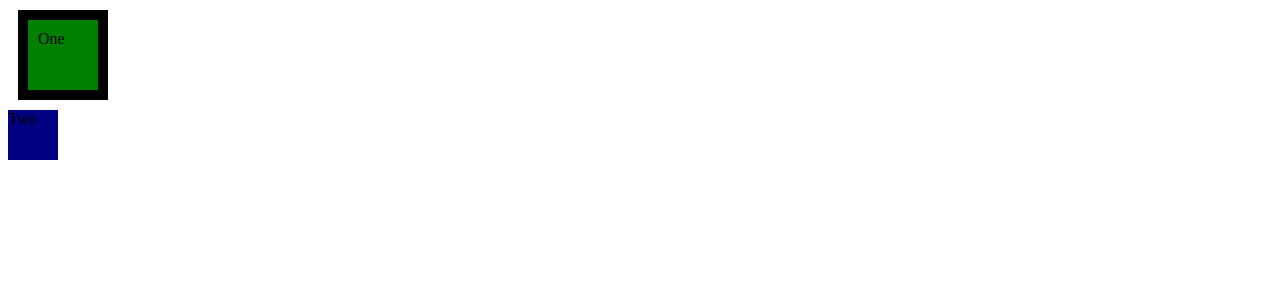
Repository: Peacepapi/1702Java
Page: web/src/main/webapp/box.html
The author's editor kept a copy of each file at every save. The page is drawn from the files as they stood at one save, then again after the next save.
The browser window is 1280 px wide. The pictures show the whole page.

Above is the page before, as saved 2017-02-24 18:15:49.

After the next save:
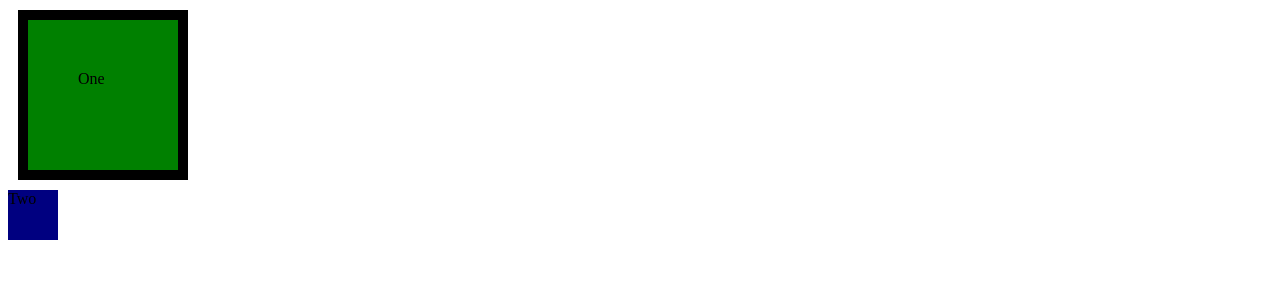
Saved 13 s later.
--- a/web/src/main/webapp/box.html
+++ b/web/src/main/webapp/box.html
@@ -11,7 +11,7 @@
 	border-style: solid;
 	border-color: black;
 	border-width: 10px;
-	padding: 10px;
+	padding: 50px;
 	margin: 10px;
 }
 #two{
